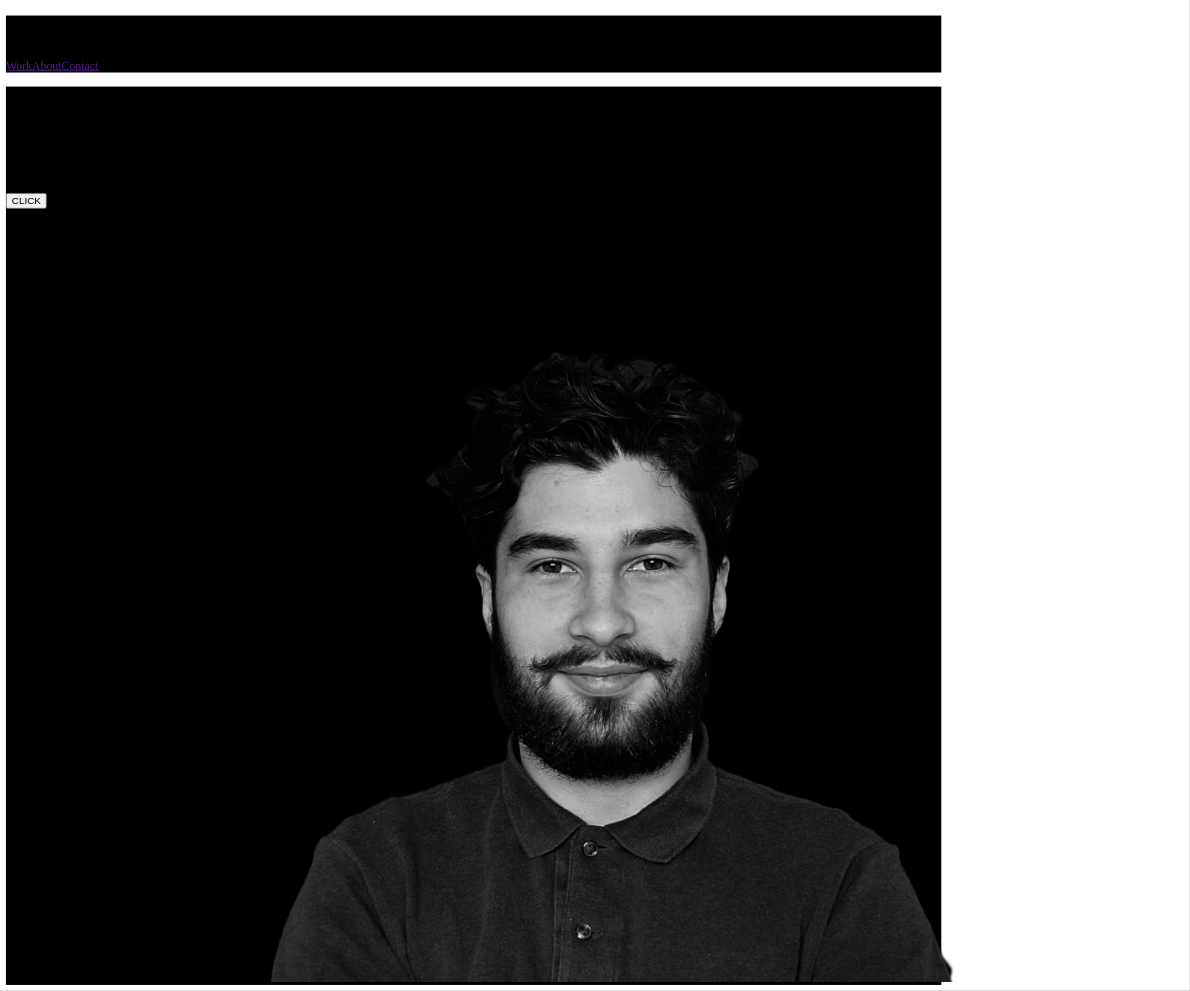
Repository: romgrm/portfolioRomgrm
Page: /
These files come from the project's save history. The page is drawn as it stood at one moment and after a run of saves; the edit follows.
The browser window is 1280 px wide. The page is 1608 px wide, so the pictures cover 1608 px, including what lies to the right of the window. The pictures show the whole page, at 74% of full size.
The project was rebuilt for these pictures with package versions that can differ from the ones it lists, and the page was loaded fresh each time. A package was used in the major version that the imports need, not the one package.json lists. Also part of the build but not shown: src/components/About.js, src/components/Work.js, src/Styles/main.css.

Above is the page before, as saved 2020-12-16 20:08:09.

### src/index.js
import React from 'react';
import ReactDOM from 'react-dom';
import App from './App';
import './styles/main.css';
import reportWebVitals from './tests & pwa/reportWebVitals';

ReactDOM.render(
  <React.StrictMode>
    <App />
  </React.StrictMode>,
  document.getElementById('root')
);

// If you want to start measuring performance in your app, pass a function
// to log results (for example: reportWebVitals(console.log))
// or send to an analytics endpoint. Learn more: https://bit.ly/CRA-vitals
reportWebVitals();

### src/App.js
import Navigation from './components/Navigation'
import About from './components/About'
import Body from './components/Body'
import Work from './components/Work'
import { HashRouter as Router, Route, Switch } from 'react-router-dom'

function App() {
  return (
    <>
      <Router>
        <Navigation />

        <Switch>
          <Route path="/work">
            <Work />
          </Route>
          <Route path="/about">
            <About />
          </Route>
          <Route path="/">
            <Body />
          </Route>
        </Switch>
      </Router>
    </>
  );
}

export default App;

### src/components/Navigation.js
import React from 'react'
import content from '../content/index'
import {Link} from 'react-router-dom'

export default function Navigation() {
    return (
        <div style={{
            background: '#000'
        }}>
            <div className="flex items-center justify-between w-10/12 mx-auto py-3 text-white">
                <h1 className="text-2xl">{content.nav.logo} </h1>
                <div className="flex mr-3">
                    {content.nav.links.map((link, index) => {
                        return (
                            <Link key={index} className="nav-link mr-2">
                                {link.text}
                            </Link>
                        );
                    })}
                </div>
            </div>
        </div>
    )
}

### src/components/Body.js
import React from 'react'
import content from '../content/index'
import Typical from 'react-typical'
import {Link} from 'react-router-dom'
export default function Body() {
    return (
        <div
            className="min-h-screen flex items-center justify-center"
            style={{
                background: '#000'
            }}>
            <div className="ml-5 text-white">
                <h3 className="text-9xl">{content.header.text[0]}<br />
                    {content.header.text[1]}<br />
                </h3>
                <h3 className="text-2xl">
                    {content.header.text[2]}
                    <Typical
                        steps={content.header.typical}
                        loop={Infinity}
                        className="inline-block"
                    />
                </h3>
                <Link className="nav-link" to="/work">

                <button>CLICK</button>
                </Link>
            </div>
            <div className="justify-end">
                <img src={content.header.img}></img>
            </div>

        </div>
    )
}

### src/content/index.js
export default {
  nav: {
    logo: 'Hello',
    links: [
      { text: 'Work', to: '/work' },
      { text: 'About', to: '/about' },
      { text: 'Contact', to: 'mycontact' },
    ],
  },
  header: {
    img: process.env.PUBLIC_URL + '/photo_sansFond.png',
    alt: 'moi',
    text: ['Hello', "Romain", 'Je suis '],
    typical: [
      'Developper Fullstack 🖥',
      1000,
      'Passionné ❤️',
      1000,
      'Disponible 👨‍💻',
      1000,
    ],
    btnText: 'Discover More',
  },

  stack: {
    title: 'Stack',
    tech: [
      {
        img: process.env.PUBLIC_URL + '/assets/mongo.png',
        alt: 'mongodb',
      },
      {
        img: process.env.PUBLIC_URL + '/logo512.png',
        alt: 'react',
      },
      {
        img: process.env.PUBLIC_URL + '/assets/express.png',
        alt: 'express',
      },
      {
        img: process.env.PUBLIC_URL + '/assets/node.png',
        alt: 'node',
      },
    ],
    desc: `Lorem Ipsum is simply dummy text of the printing and typesetting industry. Lorem Ipsum has been the industry's standard dummy text ever since the 1500s, when an unknown printer took a galley of type and scrambled it to make a type specimen book. It has survived not only`,
  },
};

Loaded but not shown: public/index.html (common file); src/tests & pwa/reportWebVitals.js (common file)

After the next 4 saves:
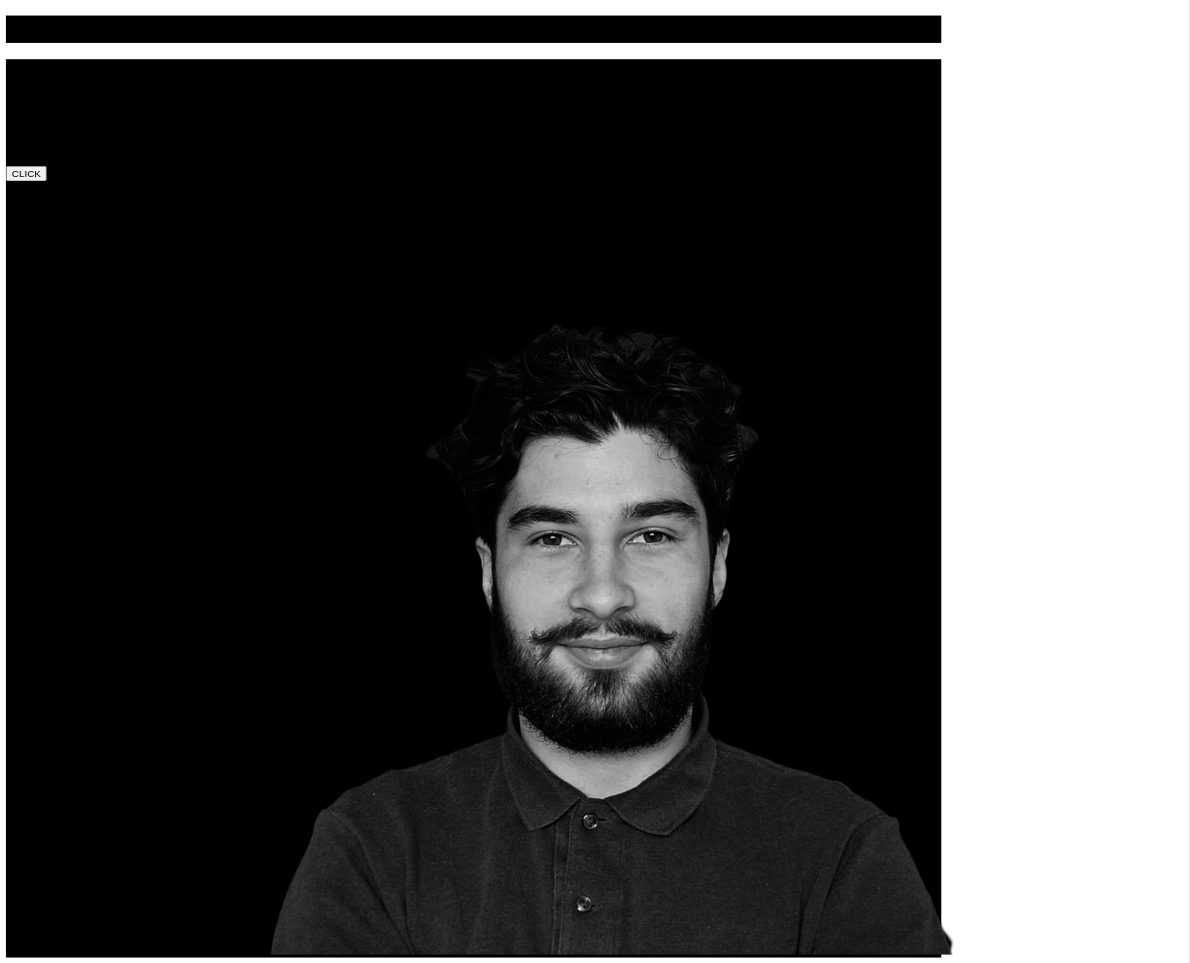
The 4 saves are shown as one change because they came seconds apart.
The last was saved 43 s later.
--- a/src/content/index.js
+++ b/src/content/index.js
@@ -1,10 +1,10 @@
 export default {
   nav: {
     logo: 'Hello',
-    links: [
-      { text: 'Work', to: '/work' },
-      { text: 'About', to: '/about' },
-      { text: 'Contact', to: 'mycontact' },
+    links: ['Work',
+      // { text: 'Work', to: '/work' },
+      // { text: 'About', to: '/about' },
+      // { text: 'Contact', to: 'mycontact' },
     ],
   },
   header: {
